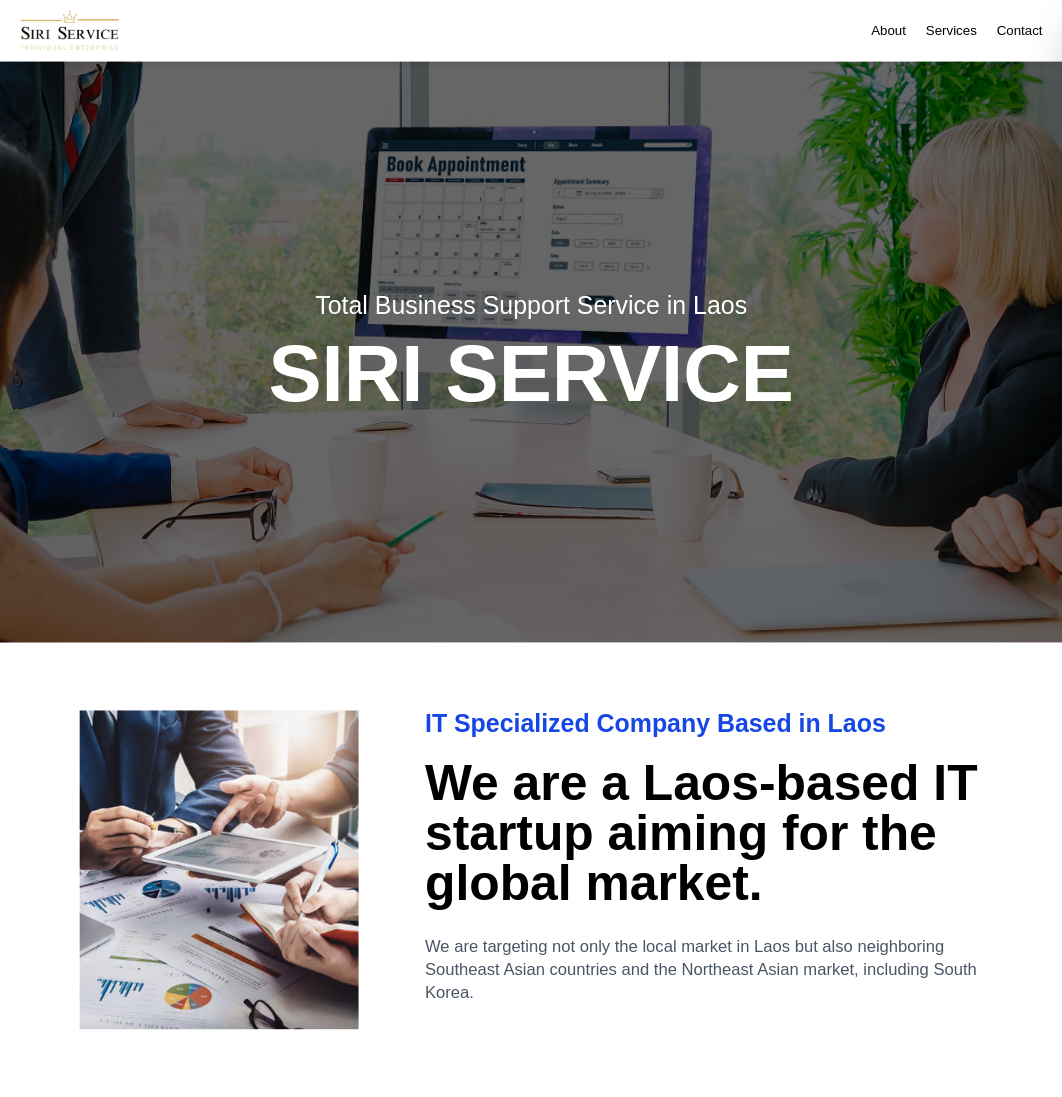
Repository: Phailin-teamplate/siri-service-web
Page: /
These files come from the project's save history. The page is drawn as it stood at one moment and after the next save; the edit follows.
The browser window is 1280 px wide. The pictures show the whole page, at 83% of full size.
The project was rebuilt for these pictures with package versions that can differ from the ones it lists, and the page was loaded fresh each time. The framework's server and built-in components were replaced by stand-ins that run in the browser. Also part of the build but not shown: next.config.ts.

Above is the page before, as saved 2025-07-02 14:13:15.

After the next save:
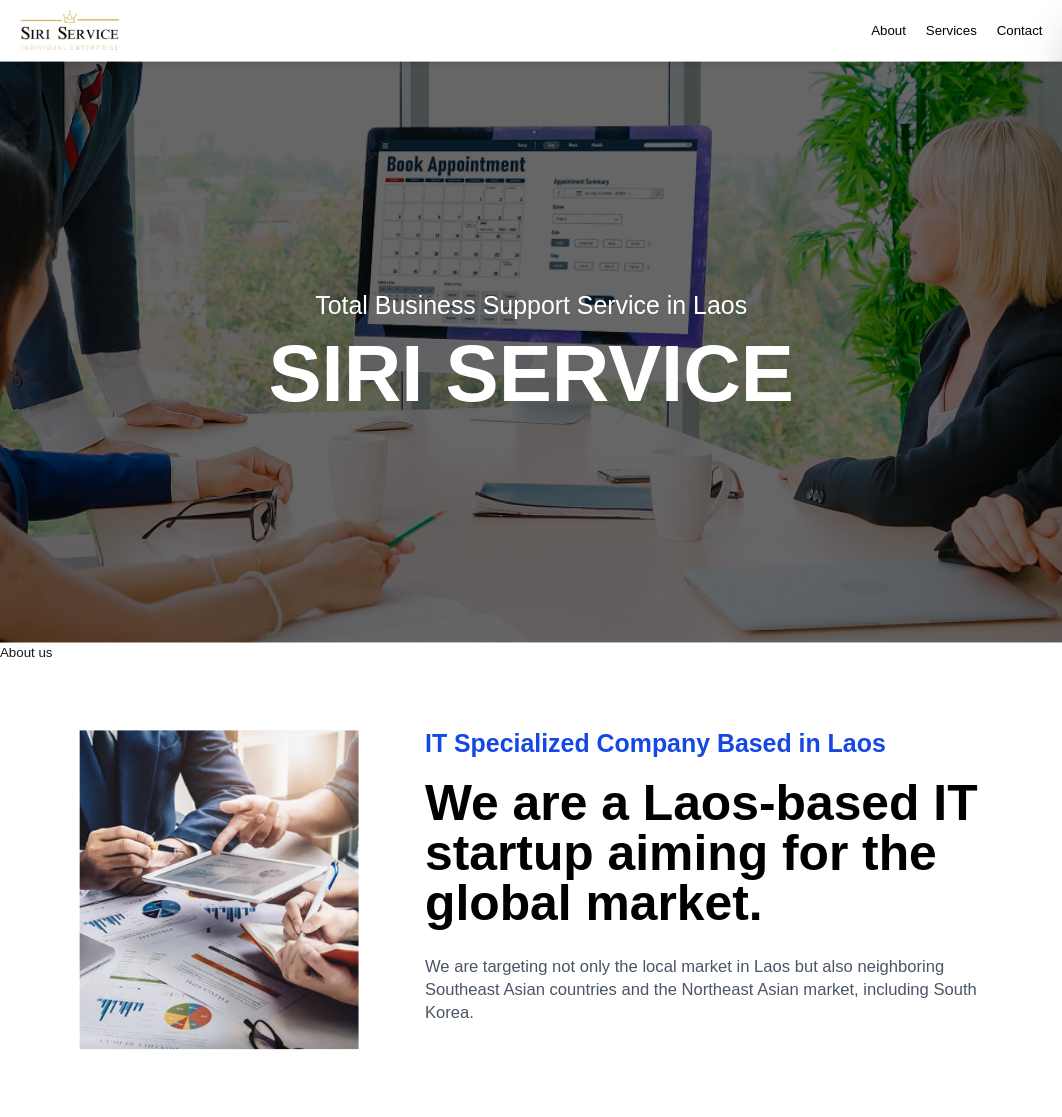
Saved 13 s later.
--- a/src/components/About.tsx
+++ b/src/components/About.tsx
@@ -14,6 +14,7 @@
 export default function About() {
   return (
     <div className="w-full">
+        <h2>About us</h2>
       <div className="flex flex-col px-6 md:px-12 lg:px-24 py-12 md:py-16 lg:py-20 ">
         <section
           className="flex flex-col md:flex-row items-center justify-center gap-10 md:gap-20 md:scroll-mt-30 scroll-mt-23" // Added scroll margin
